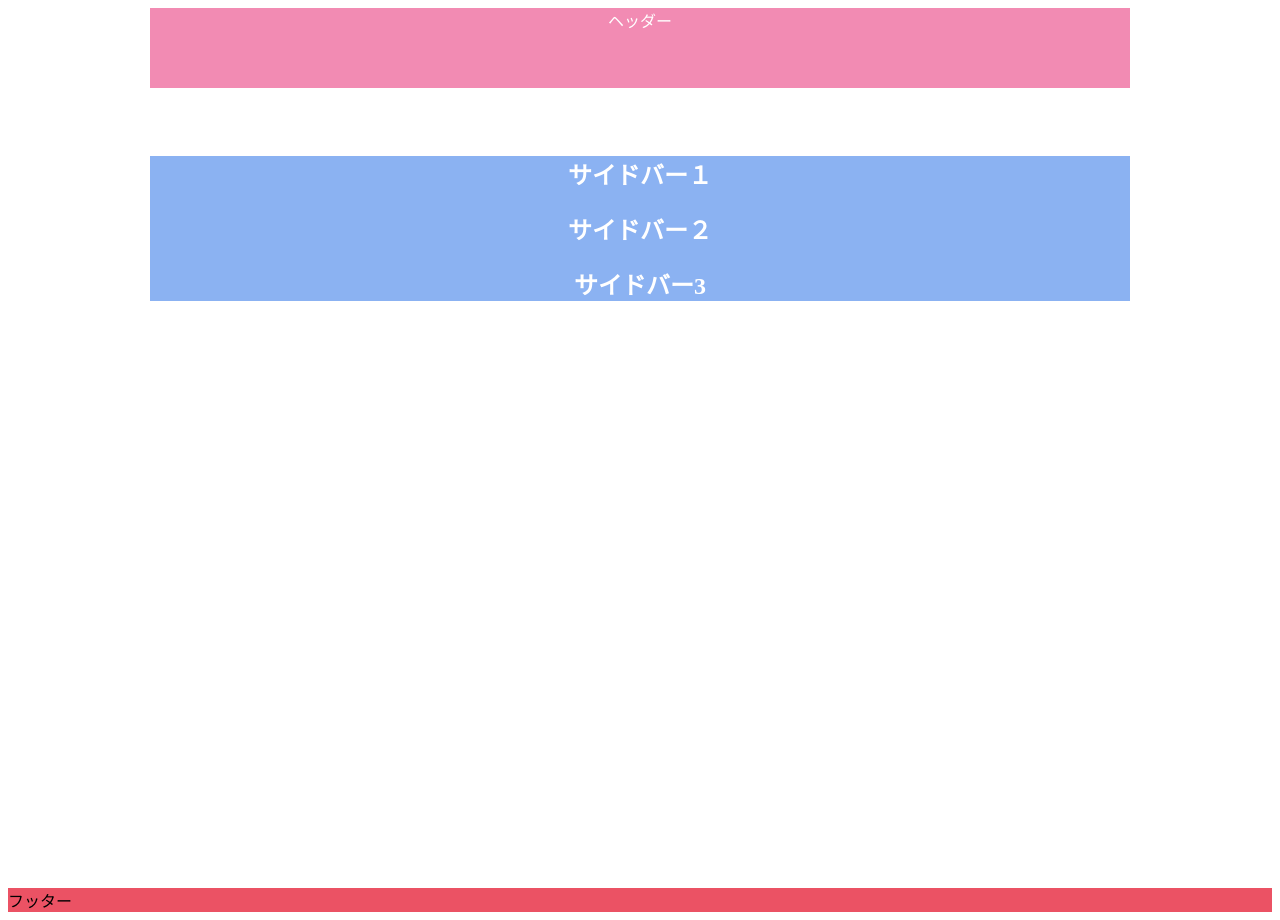
Repository: fukkatsuno-neda/samurai_HTML-CSS
Page: csspractice/practice.html
The author's editor kept a record of every edit. The page is drawn from the files as they stood at one moment, then again after the next edit.
The browser window is 1280 px wide. The pictures show the whole page.

Above is the page before.

After the next edit:
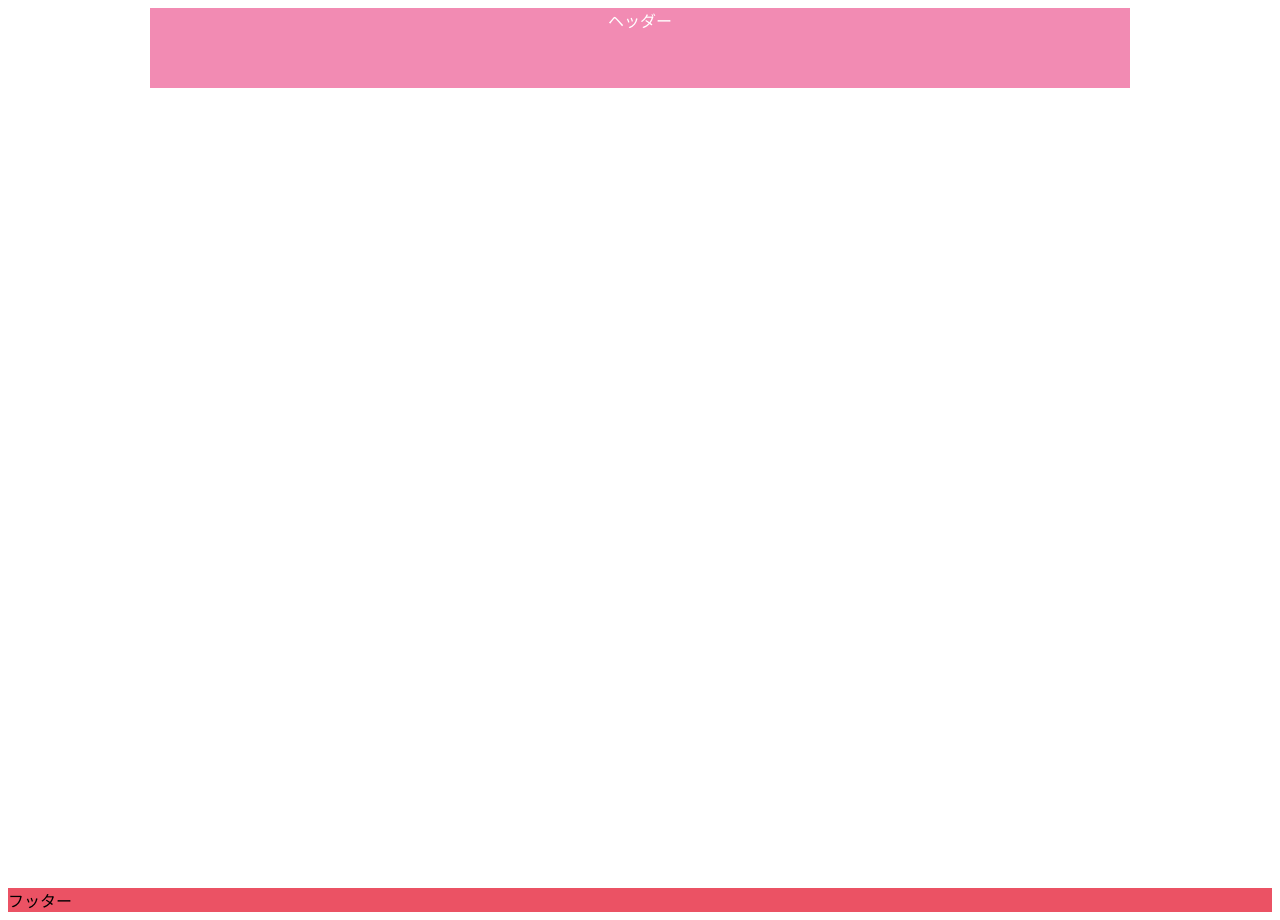
The edit:
--- a/csspractice/practice.html
+++ b/csspractice/practice.html
@@ -17,8 +17,7 @@
 
     <aside class="sidebar-container">
     サイドバーエリア
-       <div class="side-wrap">
-          <div>
+          <div class>
             <h2 class="sidebar-title">サイドバー１</h2>
           </div>
           <div>
